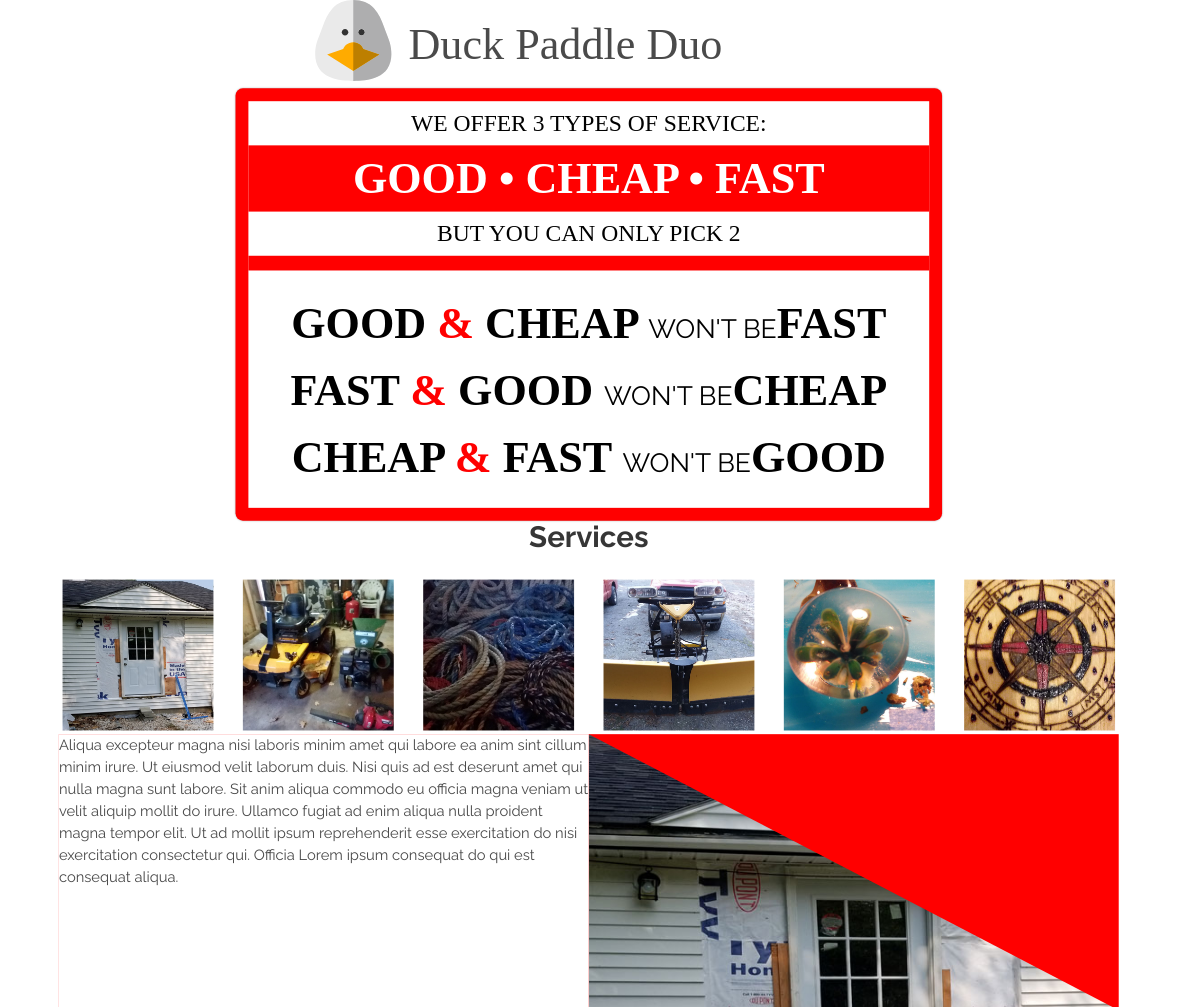
Repository: toddmcbrearty/duckpaddleduo
Page: /
The author's editor kept a copy of each file at every save. The page is drawn from the files as they stood at one save, then again after the next save.
The browser window is 1280 px wide. The pictures show the whole page, at 92% of full size.
Some web fonts or font styles are not loaded; a fallback is used. The project was rebuilt for these pictures with package versions that can differ from the ones it lists, and the page was loaded fresh each time.

Above is the page before, as saved 2018-12-11 15:06:44.

After the next save:
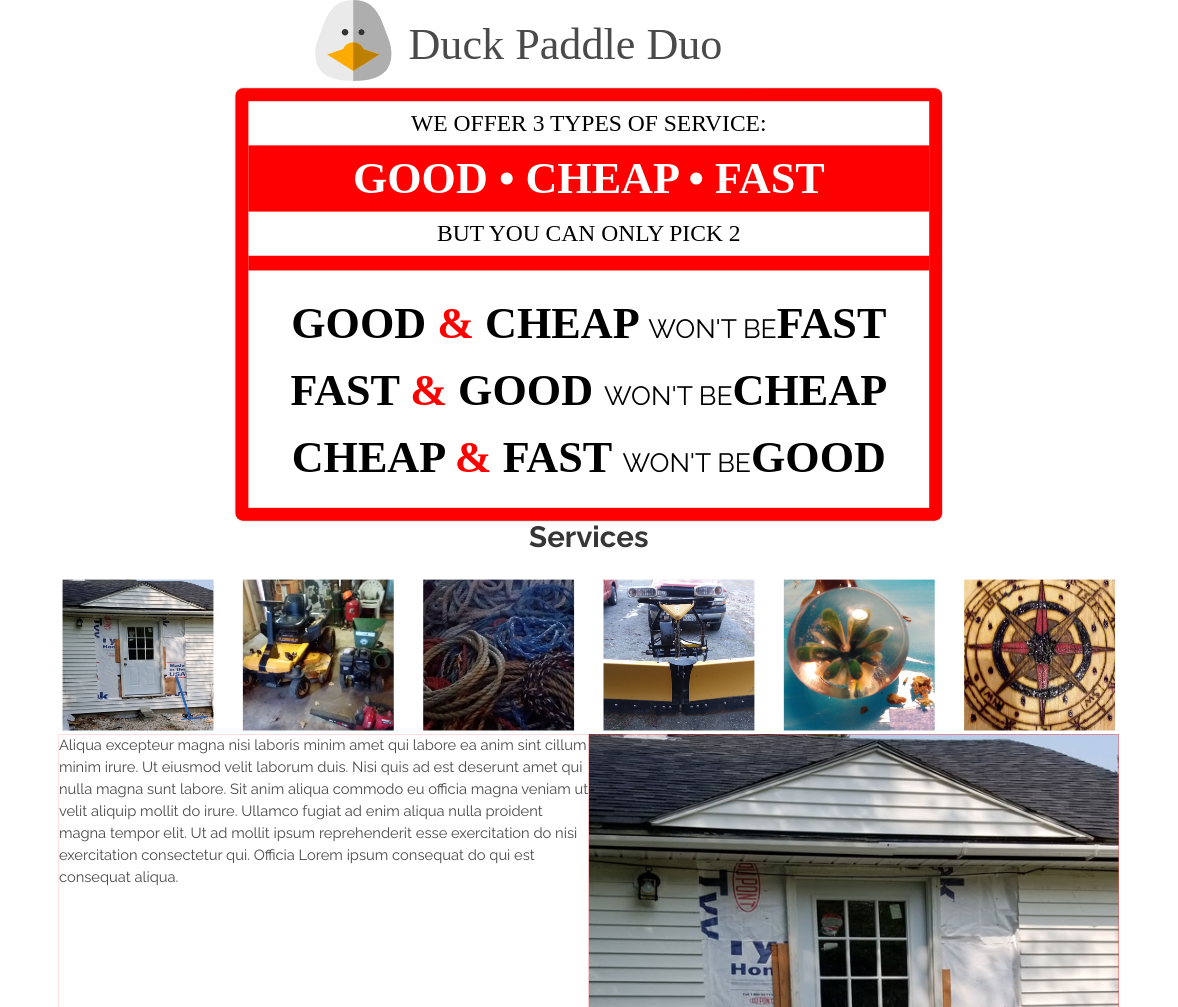
Saved 19 h 8 min later.
--- a/src/components/HeroSection.vue
+++ b/src/components/HeroSection.vue
@@ -53,10 +53,6 @@
     flex: 0 0 50%;
   }
 
-  .image-container {
-    clip-path: polygon(0% 100%, 100% 100%, 0% 0%);
-  }
-
   .image {
     flex: 0 0 50%;
     width: 100%;
